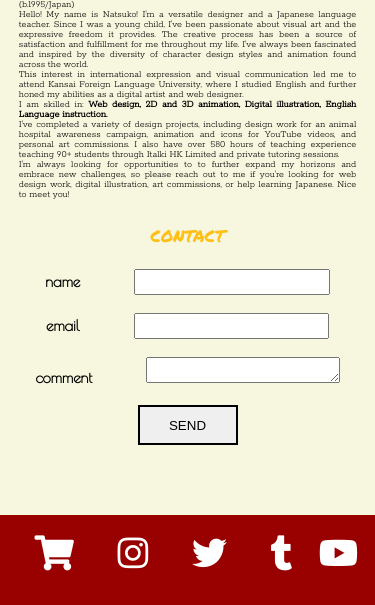
Repository: Natsuko0920/natsukohorii.github.io
Page: toppage/index.html
The author's editor kept a record of every edit. The page is drawn from the files as they stood at one moment, then again after the next edit.
The browser window is 375 px wide. The pictures show the part of the page from y = 748 to 1353 px (the page is 1353 px tall before and 1324 px after).
A picture or video elsewhere on the page could not be fetched, so the positions and the page height are approximate. Some web libraries are served in a nearby version.

Above is the page before.

### toppage/index.html
<!DOCTYPE html>
<html lang="ja">
<!--head-->
<head>
    <meta charset="utf-8">
    <title>NATSUKO HORII | ホリイ ナツコ</title>
    <meta name="description" content="Japanese artist / teacher / web designer / youtuber / creater ">
    <meta name="keywords" content="Natsuko Horii,natsukohorii,Horii Natsuko,ホリイナツコ,Japanese artist,artist,japanese illustrator,illustrator,イラストレーター,japanese teacher,naccchan sensei,なっちゃんせんせい,なっちゃん,nacchan,japanese youtuber">
    <meta name="viewport" content="width=device-width, initial-scale=1">
    <link rel="stylesheet" href="https://use.fontawesome.com/releases/v5.3.1/css/all.css" integrity="sha384-mzrmE5qonljUremFsqc01SB46JvROS7bZs3IO2EmfFsd15uHvIt+Y8vEf7N7fWAU" crossorigin="anonymous">
<!--put google font,font awesome-->
    <link href="https://fonts.googleapis.com/css?family=Permanent+Marker" rel="stylesheet">
    <link href="https://fonts.googleapis.com/css?family=Rock+Salt" rel="stylesheet">
    <link href="https://fonts.googleapis.com/css?family=Rokkitt:300" rel="stylesheet">
    <link href="https://fonts.googleapis.com/css?family=Poiret+One" rel="stylesheet">
    <meta http-equiv="Content-Type" content="text/html; charset=utf-8" />
    <link rel="stylesheet" href="index.css">
</head>
<!--header-->
<body>
    <header>
         <div class="title">
                      <div class="sign"><a href="../toppage/index.html">NATSUKO HORII</a></div>
        </div>
        <ul id="nav">
          <li><a href="../artwork/artwork.html" class="menubox">Artwork</a></li>
          <li><a href="../lesson/lesson.html" class="menubox">Lesson</a></li>
          <li><a href="#about" class="menubox">About</a></li>
          <li><a href="#contact" class="menubox">Contact</a></li>
         </ul>
    </header>
<main>
    <div class="toppage">
        <img src="../toppage/topimage.jpg">
    </div>
<!--about me-->
    <div class="titleabout" id="about">ABOUT</div>
    <div class="about">
      <div class="box1">
        <h1>Natsuko Horii</h1>
        <img class="profile" src="../toppage/profile.jpg">
        <br>
                <img class="profile" src="../toppage/profile2.png">
      </div>
      <div class="box2">
         <h2>
             (b.1995/Japan)
             <br>Hello! My name is Natsuko! I'm a versatile designer and a Japanese language teacher. Since I was a young child, I've been passionate about visual art and the expressive freedom it provides. The creative process has been a source of satisfaction and fulfillment for me throughout my life.
I've always been fascinated and inspired by the diversity of character design styles and animation found across the world.
<br>This interest in international expression and visual communication led me to attend Kansai Foreign Language University, where I studied English and further honed my abilities as a digital artist and web designer.
<br>I am skilled in: <b>Web design, 2D and 3D animation, Digital illustration, English Language instruction.</b>
<br>I've completed a variety of design projects, including design work for an animal hospital awareness campaign, animation and icons for YouTube videos, and personal art commissions. I also have over 580 hours of teaching experience teaching 90+ students through Italki HK Limited and private tutoring sessions.
<br>I'm always looking for opportunities to to further expand my horizons and embrace new challenges, so please reach out to me if you're looking for web design work, digital illustration, art commissions, or help learning Japanese. Nice to meet you!
         </h2>
      </div>
    </div>
<!--contact-->
    <div class="contact">
        <div class="titleabout" id="contact">contact</div>
        <div class="box3">
        <form action="https://docs.google.com/forms/d/e/1FAIpQLScnhWgwTJQ7-fkn19yMeZQXZv_nZWPaMLcr0KuLvkTzsQe1-A/formResponse">
            <label for="name">name　</label>
            <input id="name" type"text" name="entry.1762694654" required/>
           <br><br><label for="email">email　</label>
           <input id="email" type="text" name="entry.1706581827" required/>
           <br><br><label for="msg">comment　</label>
           <textarea id="comment" name="entry.790994953" required/></textarea>
           <br><br><button type="submit" name="button" value="SEND" class="square_btn">SEND</button>
        </form>
       </div>
    </div>
</main>
<footer>
    <div class="linkbox">
      <a href="https://society6.com/natsuko_horii" target="blank" class="link"><i class="fas fa-shopping-cart">　</i></a>
      <a href="https://www.instagram.com/natsuko_horii/" target="blank" class="link"><i class="fab fa-instagram" aria-hidden="true">　</i></a>
      <a href="https://twitter.com/NatsukoHorii" target="blank" class="link"><i class="fab fa-twitter" aria-hidden="true">　</i></a>
      <a href="https://www.tumblr.com/blog/natsukohorii" target="blank" class="link"><i class="fab fa-tumblr" aria-hidden="true">　</i></a>
      <a href="https://www.youtube.com/user/hahaha365yeah/featured?disable_polymer=1" target="blank" class="link"><i class="fab fa-youtube" aria-hidden="true"></i></a>
    </div>
</footer>
</body>
</html>

### toppage/index.css
@media screen and (min-width:300px) and ( max-width:600px) {
 a:link {
      color:#FFC016;
    background-color: transparent;
    text-decoration: none;
}

a:visited {
    color:#FFC016;
    background-color: transparent;
    text-decoration: none;
}

a:active {
    color:#FFC016;
    background-color: transparent;
    text-decoration: none;
}

body{
    background-color:#f7f6de;
    margin:0;
}

.changeColor {
   background-color:#f5c16c;
}

header{
    width:100%;
    display:flex;
    position:absolute;
}

.title{
  width:50%;
  padding-bottom:5px;
}

.sign{
    font-family: 'Permanent Marker', cursive;
    font-size:10px;
    margin-left:10px;
    margin-top:15px;
          color:#FFC016
}

#nav{
  width:70%;
  list-style:none;
  display:flex;
  align-items: center;
  margin-right:10px;
}

#nav li{
  width:100%;
  font-family: 'Permanent Marker', cursive;
  font-size:10px;
  text-align:center;
}

#nav a {
  color:#FFC016;
}

.toppage img{
  width:100%;
}

.titleabout{
  font-family: 'Permanent Marker', cursive;
  font-size:20px;
  text-align:center;
    color:#FFC016;
    margin-top:20px;
}

.about{
  width:90%;
  margin:auto;
}

.box1{
  width:100%;
  margin-top:10px;
  margin:auto;
}

.box2{
  width:100%;
  margin-top:20px;
}

h1{
 font-family: 'Rock Salt', cursive;
 font-size:20px;
 margin:0;
 text-align:center;
}

h2{
  font-size:10px;
font-family: 'Rokkitt', serif;
  line-height: 10px;
  font-weight: lighter;
   text-align:justify;
}

.profile{
  width:100%;
  height:auto;
    margin:auto;
}

.contact{
  margin-top:10px;
  margin-bottom:70px;
}

.box3{
    margin-top:20px;
    text-align:center;
}

label{
     font-family: 'Poiret One', cursive;
     font-size:15px;
     font-weight:bold;
}

#name{
    margin-left:35px;
      width:50%;
      height:20px;
}

#email{
    margin-left:35px;
      width:50%;
      height:20px;
}

#comment{
    margin-left:35px;
      width:50%;
      height:20px;
}

.square_btn {
    display: inline-block;
    padding: 0.3em 1em;
    text-decoration: none;
    color: #990000;
    background:white;
    border: solid 2px #990000;
    border-radius: 3px;
    height:40px;
    width:100px;
    transition: .4s;
}

.linkbox{
  padding-top:20px;
  font-size:35px;
  text-align:center;
}

a.link {
  color:white;
}

a.link:hover{
  color:#FFC016;
}

footer{
  width:100%;
  background-color:#990000;
  margin:0;
  position:absolute;
  padding-bottom:30px;
}
}

@media screen and (min-width:600px) and ( max-width:960px) {
 a:link {
      color:#FFC016;
    background-color: transparent;
    text-decoration: none;
}

a:visited {
    color:#FFC016;
    background-color: transparent;
    text-decoration: none;
}

a:active {
    color:#FFC016;
    background-color: transparent;
    text-decoration: none;
}

body{
    background-color:#f7f6de;
    margin:0;
}

.changeColor {
   background-color:#f5c16c;
}

header{
    width:100%;
    display:flex;
    position:absolute;
}

.title{
  width:50%;
  padding-bottom:5px;
}

.sign{
    font-family: 'Permanent Marker', cursive;
    font-size:25px;
    margin-left:10px;
    margin-top:15px;
          color:#FFC016
}

#nav{
  width:70%;
  list-style:none;
  display:flex;
  align-items: center;
  margin-right:10px;
}

#nav li{
  width:100%;
  font-family: 'Permanent Marker', cursive;
  font-size:25px;
  text-align:center;
}

#nav a {
  color:#FFC016;
}

.toppage img{
  width:100%;
}

.titleabout{
  font-family: 'Permanent Marker', cursive;
  font-size:50px;
  text-align:center;
    color:#FFC016;
    margin-top:60px;
}

.about{
  width:90%;
  margin:auto;
  display:flex;
}

.box1{
  width:30%;
  margin-top:20px;
}

.box2{
  width:60%;
  margin-top:20px;
  margin-left:20px;
}

h1{
 font-family: 'Rock Salt', cursive;
 font-size:20px;
 margin:0;
 text-align:center;

}

h2{
  font-size:15px;
font-family: 'Rokkitt', serif;
  line-height: 15px;
  font-weight: lighter;
  margin-left:20px;
   text-align:justify;
}

.profile{
  width:100%;
  height:auto;
}

.contact{
  margin-top:10px;
  margin-bottom:70px;
}

.box3{
    margin-top:20px;
    text-align:center;
}

label{
     font-family: 'Poiret One', cursive;
     font-size:25px;
     font-weight:bold;
}

#name{
    margin-left:35px;
      width:50%;
      height:30px;

}

#email{
  margin-left:35px;
      width:50%;
      height:30px;
}

#comment{
      width:50%;
      height:100px;
}

.square_btn {
    display: inline-block;
    padding: 0.3em 1em;
    text-decoration: none;
    color: #990000;
    background:white;
    border: solid 2px #990000;
    border-radius: 3px;
    height:40px;
    width:100px;
    transition: .4s;
}

.linkbox{
  padding-top:20px;
  font-size:35px;
  text-align:center;
}

a.link {
  color:white;
}

a.link:hover{
  color:#FFC016;
}

footer{
  width:100%;
  background-color:#990000;
  margin:0;
  position:absolute;
  padding-bottom:30px;
}
}

@media screen and (min-width:960px) and ( max-width:1280px) {
a:link {
      color:#FFC016;
    background-color: transparent;
    text-decoration: none;
}

a:visited {
    color:#FFC016;
    background-color: transparent;
    text-decoration: none;
}

a:active {
    color:#FFC016;
    background-color: transparent;
    text-decoration: none;
}

body{
    background-color:#f7f6de;
    margin:0;
    transition: 0.3s all;
}

.changeColor {
   background-color:#f5c16c;
}

header{
    width:100%;
    display:flex;
    position:absolute;
}

.title{
  width:50%;
  padding-bottom:5px;
}

.sign{
    font-family: 'Permanent Marker', cursive;
    font-size:40px;
    margin-left:10px;
    margin-top:10px;
          color:#FFC016
}

#nav{
  width:70%;
  list-style:none;
  display:flex;
  align-items: center;
  margin-right:10px;
}

#nav li{
  width:100%;
  font-family: 'Permanent Marker', cursive;
  font-size:30px;
  text-align:center;
}

#nav a {
  color:#FFC016;
}

#nav a:hover{
  opacity:0.7;
}

.toppage img{
  width:100%;
}

.titleabout{
  font-family: 'Permanent Marker', cursive;
  font-size:50px;
  text-align:center;
    color:#FFC016;
    margin-top:80px;
}

.about{
  width:90%;
  margin:auto;
  display:flex;
}

.box1{
  width:30%;
}

.box2{
  width:60%;
  margin-top:100px;
  margin-left:50px;
}

h1{
 font-family: 'Rock Salt', cursive;
 font-size:40px;
 margin:0;
 text-align:center;

}

h2{
  font-size:20px;
font-family: 'Rokkitt', serif;
  line-height: 25px;
  font-weight: lighter;
  margin-left:20px;
   text-align:justify;
}

.profile{
  width:100%;
  height:auto;

}

.contact{
  margin-top:50px;
  margin-bottom:70px;
}

.box3{
    margin-top:50px;

    text-align:center;
}

label{
     font-family: 'Poiret One', cursive;
     font-size:25px;
     font-weight:bold;
}

#name{
    margin-left:35px;
      width:30%;
      height:30px;

}

#email{
  margin-left:35px;
      width:30%;
      height:30px;
}

#comment{
      width:30%;
      height:100px;
}

.square_btn {
    display: inline-block;
    padding: 0.3em 1em;
    text-decoration: none;
    color: #990000;
    background:white;
    border: solid 2px #990000;
    border-radius: 3px;
    height:40px;
    width:100px;
    transition: .4s;
}

.square_btn:hover {
    background:#990000;
    color: white;
}

.linkbox{
  padding-top:20px;
  font-size:35px;
  text-align:center;
}

a.link {
  color:white;
}

a.link:hover{
  color:#FFC016;
}

footer{
  width:100%;
  background-color:#990000;
  margin:0;
  position:absolute;
  padding-bottom:30px;
}
}

@media screen and (min-width:1280px) {
 a:link {
      color:#FFC016;
    background-color: transparent;
    text-decoration: none;
}

a:visited {
    color:#FFC016;
    background-color: transparent;
    text-decoration: none;
}

a:active {
    color:#FFC016;
    background-color: transparent;
    text-decoration: none;
}

body{
    background-color:#f7f6de;
    margin:0;
    transition: 0.3s all;
}

.changeColor {
   background-color:#f5c16c;
}

header{
    width:100%;
    display:flex;
    position:absolute;
}

.title{
  width:50%;
  padding-bottom:5px;
}

.sign{
    font-family: 'Permanent Marker', cursive;
    font-size:40px;
    margin-left:10px;
    margin-top:10px;
          color:#FFC016
}

#nav{
  width:70%;
  list-style:none;
  display:flex;
  align-items: center;
  margin-right:10px;
}

#nav li{
  width:100%;
  font-family: 'Permanent Marker', cursive;
  font-size:30px;
  text-align:center;
}

#nav a {
  color:#FFC016;
}

#nav a:hover{
  opacity:0.7;
}

.toppage img{
  width:100%;
}

.titleabout{
  font-family: 'Permanent Marker', cursive;
  font-size:50px;
  text-align:center;
    color:#FFC016;
    margin-top:80px;
}

.about{
  width:90%;
  margin:auto;
  display:flex;
}

.box1{
  width:30%;
}

.box2{
  width:60%;
  margin-top:100px;
  margin-left:50px;
}

h1{
 font-family: 'Rock Salt', cursive;
 font-size:40px;
 margin:0;
 text-align:center;

}

h2{
  font-size:20px;
font-family: 'Rokkitt', serif;
  line-height: 25px;
  font-weight: lighter;
  margin-left:20px;
   text-align:justify;
}

.profile{
  width:100%;
  height:auto;

}

.contact{
  margin-top:50px;
  margin-bottom:70px;
}

.box3{
    margin-top:50px;

    text-align:center;
}

label{
     font-family: 'Poiret One', cursive;
     font-size:25px;
     font-weight:bold;
}

#name{
    margin-left:35px;
      width:30%;
      height:30px;

}

#email{
  margin-left:35px;
      width:30%;
      height:30px;
}

#comment{
      width:30%;
      height:100px;
}

.square_btn {
    display: inline-block;
    padding: 0.3em 1em;
    text-decoration: none;
    color: #990000;
    background:white;
    border: solid 2px #990000;
    border-radius: 3px;
    height:40px;
    width:100px;
    transition: .4s;
}

.square_btn:hover {
    background:#990000;
    color: white;
}

.linkbox{
  padding-top:20px;
  font-size:35px;
  text-align:center;
}

a.link {
  color:white;
}

a.link:hover{
  color:#FFC016;
}

footer{
  width:100%;
  background-color:#990000;
  margin:0;
  position:absolute;
  padding-bottom:30px;
}
}

After the next edit:
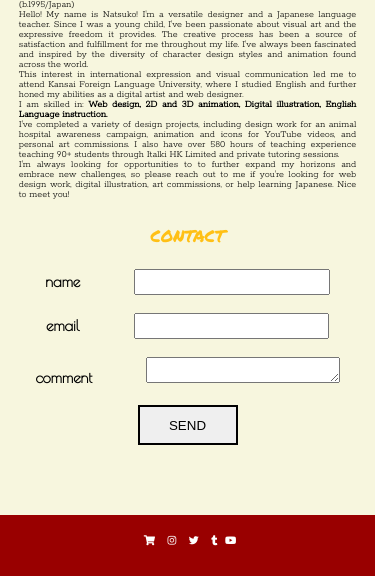
The edit:
--- a/toppage/index.css
+++ b/toppage/index.css
@@ -162,7 +162,7 @@
 
 .linkbox{
   padding-top:20px;
-  font-size:35px;
+  font-size:10px;
   text-align:center;
 }
 
